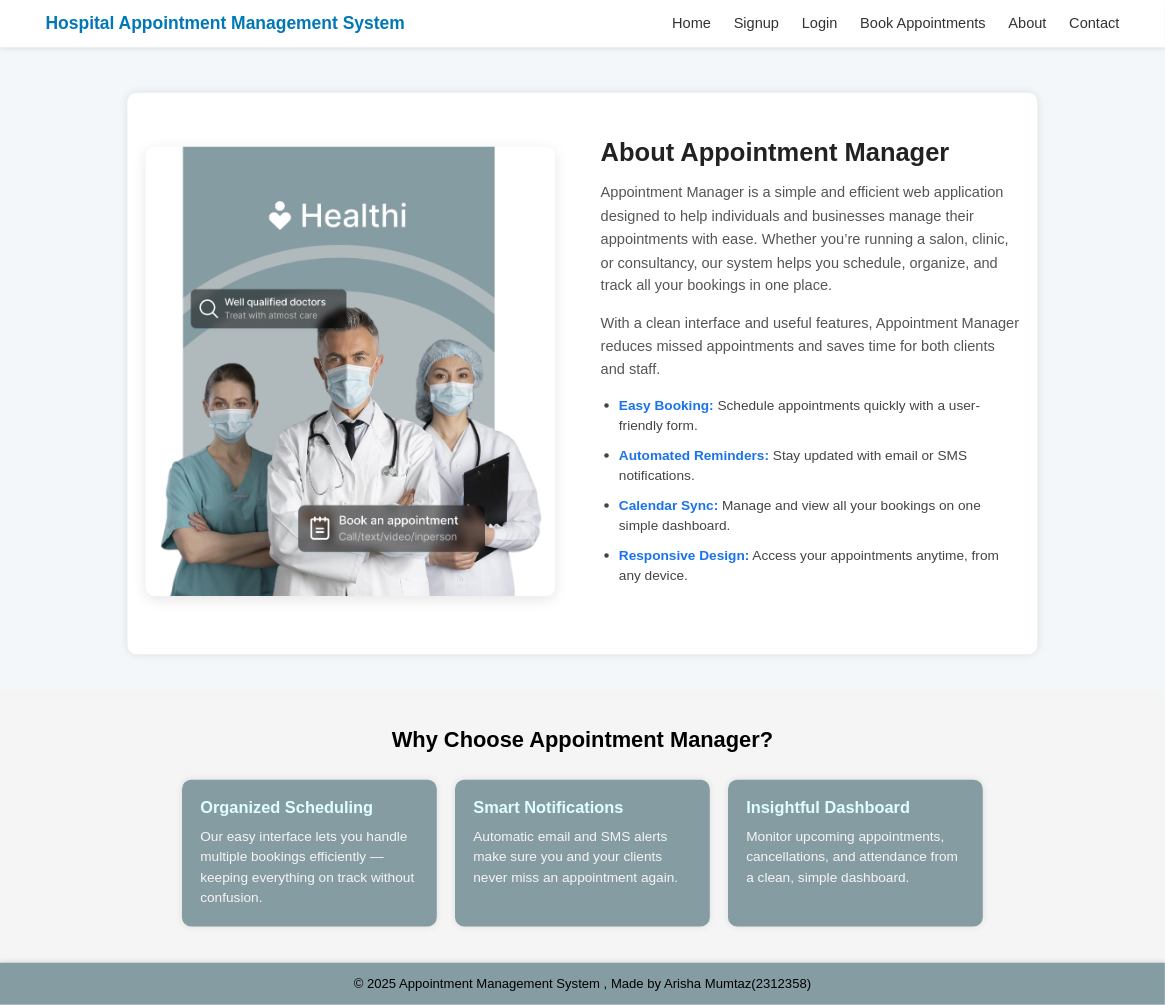
Repository: Arisha004/Hospital-Appointment-Management-System
Page: about.html
These files come from the project's save history. The page is drawn as it stood at one moment and after the next save; the edit follows.
The browser window is 1280 px wide. The pictures show the whole page, at 91% of full size.

Above is the page before, as saved 2025-10-26 18:34:36.

### about.html

<!DOCTYPE html>
<html lang="en">
<head>
    <meta charset="UTF-8">
    <meta name="viewport" content="width=device-width, initial-scale=1.0">
    <title>Document</title>
    <link rel="stylesheet" href="style.css">
    <style>
      body{
        background-color: #f4f7fa;
        font-family: Arial, sans-serif;
        color: #333;
      }
      .navbar{
        margin-bottom: 50px;
      }
      /* --- Cards Section --- */
.about-cards {
  text-align: center;
  padding: 40px 20px;
  background-color: #f5f5f5;
}

.about-cards h3 {
  font-size: 24px;
  margin-bottom: 30px;
  color: black;
}

.card-container {
  display: flex;
  flex-wrap: wrap;
  justify-content: center;
  gap: 20px;
}

.card {
  background-color: #869CA3;
  width: 280px;
  padding: 20px;
  border-radius: 10px;
  box-shadow: 0 0 8px rgba(0,0,0,0.1);
  text-align: left;
}


.card h4 {
  font-size: 18px;
  margin-bottom: 10px;
  color: lightcyan;
}

.card p {
  font-size: 15px;
  color: whitesmoke;
  line-height: 1.5;
}

      </style>
</head>
<body>
      <header class="navbar">
    <div class="logo">Hospital Appointment Management System</div>
    <nav>
      <ul>
        <li><a href="landingpage.html">Home</a></li>
          <li><a href="signup.php">Signup</a></li>
        <li><a href="login.php">Login</a></li>
        <li><a href="index.php">Book Appointments</a></li>
        <li><a href="about.html">About</a></li>
        <li><a href="contact.html">Contact</a></li>
      </ul>
    </nav>
  </header>
<div class="container about-inner">
  <div class="about-image">
    <img src="images/pic1.png" alt="About Appointment Manager">
  </div>

  <div class="about-content">
    <h2>About Appointment Manager</h2>
    <p>
      Appointment Manager is a simple and efficient web application designed to help individuals and businesses
      manage their appointments with ease. Whether you’re running a salon, clinic, or consultancy, our system
      helps you schedule, organize, and track all your bookings in one place.
    </p>
    <p>
      With a clean interface and useful features, Appointment Manager reduces missed appointments and saves time
      for both clients and staff.
    </p>
    <ul class="features">
      <li><strong>Easy Booking:</strong> Schedule appointments quickly with a user-friendly form.</li>
      <li><strong>Automated Reminders:</strong> Stay updated with email or SMS notifications.</li>
      <li><strong>Calendar Sync:</strong> Manage and view all your bookings on one simple dashboard.</li>
      <li><strong>Responsive Design:</strong> Access your appointments anytime, from any device.</li>
    </ul>
  </div>
  </div>

  <section class="about-cards">
  <h3>Why Choose Appointment Manager?</h3>
  <div class="card-container">
    <div class="card">
      <h4>Organized Scheduling</h4>
      <p>Our easy interface lets you handle multiple bookings efficiently — keeping everything on track without confusion.</p>
    </div>
    <div class="card">
      <h4> Smart Notifications</h4>
      <p>Automatic email and SMS alerts make sure you and your clients never miss an appointment again.</p>
    </div>
    <div class="card">
      <h4> Insightful Dashboard</h4>
      <p>Monitor upcoming appointments, cancellations, and attendance from a clean, simple dashboard.</p>
    </div>
  </div>
</section>


<footer>
    <p>© 2025 Appointment Management System , Made by Arisha Mumtaz(2312358)</p>
  </footer>
</body>
</html>

### style.css
/* Reset and fonts */
* {
  margin: 0;
  padding: 0;
  box-sizing: border-box;
  font-family: 'Poppins', sans-serif;
}

body {
  background: #869CA3;
  color: #333;
}
/* About Section */
.about {
  background-color: #f9f9f9;
  padding: 80px 0;
}

.about-inner {
  width: 85%;
  max-width: 1100px;
  margin: 0 auto;
  display: flex;
  align-items: center;
  justify-content: space-between;
  gap: 50px;
  flex-wrap: wrap; /* makes it responsive */
}

.about-image img {
  width: 100%;
  max-width: 450px;
  border-radius: 10px;
  box-shadow: 0 4px 15px rgba(0,0,0,0.1);
}

.about-content {
  flex: 1;
  min-width: 300px;
}

.about-content h2 {
  font-size: 28px;
  color: #1a73e8;
  margin-bottom: 15px;
}

.about-content p {
  font-size: 16px;
  color: #555;
  line-height: 1.6;
  margin-bottom: 20px;
}

.features {
  list-style: none;
  padding: 0;
  margin-bottom: 25px;
}

.features li {
  margin-bottom: 10px;
  color: #444;
  font-size: 15px;
  line-height: 1.5;
}

.features strong {
  color: #1a73e8;
}


/* Contact Section */
.contact {
  background-color: #f5f9ff;
  padding: 80px 0;
}

.contact-inner {
  width: 85%;
  max-width: 600px;
  margin: 0 auto;
  text-align: center;
}

.contact h2 {
  font-size: 28px;
  color: #1a73e8;
  margin-bottom: 10px;
}

.contact p {
  color: #555;
  margin-bottom: 30px;
  font-size: 15px;
  line-height: 1.6;
}

.contact-form {
  background-color: #fff;
  padding: 35px 40px;
  border-radius: 12px;
  box-shadow: 0 4px 15px rgba(0,0,0,0.08);
  text-align: left;
}

.form-group {
  margin-bottom: 18px;
}

label {
  display: block;
  font-weight: 500;
  margin-bottom: 6px;
  color: #333;
}

label span {
  color: red;
}

input, textarea {
  width: 100%;
  padding: 10px 12px;
  border: 1px solid #ccc;
  border-radius: 6px;
  font-size: 14px;
  outline: none;
  transition: border-color 0.3s ease;
}

input:focus, textarea:focus {
  border-color: #1a73e8;
  box-shadow: 0 0 5px rgba(26,115,232,0.3);
}


.contact-form .btn {
  display: inline-block;
  background-color: #869CA3;
  color: #fff;
  padding: 10px 22px;
  border: none;
  border-radius: 6px;
  cursor: pointer;
  font-weight: 500;

  margin-left: 130px;
  transition: 0.3s;
   text-align: center;
}

.contact-form .btn:hover {
  background-color: #7498a3;
  transform: translateY(-2px);
}

/* Navbar */
.navbar {
  display: flex;
  justify-content: space-between;
  align-items: center;
  padding: 15px 50px;
  background: #fff;
  box-shadow: 0 2px 5px rgba(0,0,0,0.1);
  position: sticky;
  top: 0;
  z-index: 10;
}

.navbar .logo {
  font-weight: 700;
  font-size: 1.2rem;
  color: #0077b6;
}

.navbar ul {
  display: flex;
  list-style: none;
}

.navbar ul li a {
  text-decoration: none;
  color: #333;
  margin-left: 25px;
  transition: 0.3s;
}

.navbar ul li a:hover {
  color: #0077b6;
}

/* Split Landing Section */
.landing {
  display: flex;
  height: 100vh;
}


  button{

  display: inline-block;
  background-color: #869CA3;
  color: #fff;
  padding: 10px 22px;
  border: none;
  border-radius: 6px;
  cursor: pointer;
  font-weight: 500;

  transition: 0.3s;
   text-align: center;
}

button:hover {
  background-color: #7498a3;
  transform: translateY(-2px);
}
/* Left Text Section */
.landing .left {
  flex: 1;
  width: 50%;
  display: flex;
  flex-direction: column;
  justify-content: center;
  padding: 0 70px;
  background: #fefefe;
}


.landing .left h1 {
  font-size: 2.2rem;
  color: #023e8a;
  margin-bottom: 20px;
}

.landing .left p {
  font-size: 1rem;
  color: #555;
  margin-bottom: 30px;
  line-height: 1.6;
}

.btn {
  background: #869CA3;
  color: #fff;
  padding: 12px 25px;
  border-radius: 30px;
  text-decoration: none;
  font-weight: 300;
  transition: 0.3s;
  width: 250px;
}

.btn:hover {
  background: #7498a3;
}

/* Right Image Section */
.landing .right {
  flex: 1.5;
  background:url(images/pic1.png);
  background-repeat: no-repeat;
  background-size: cover;
  position: relative;
}

.landing .right::after {
  content: "";
  position: absolute;
  inset: 0;
}



.form1-container {
  width: 520px;
  margin: 80px auto;
  background: white;
  padding: 20px;
  border-radius: 8px;
  box-shadow: 0 0 5px gray;
}

.form1-container h2 {
  text-align: center;
  color: #333;
}

.form1-container label {
  display: block;
  margin-top: 10px;
  color: #555;
}

.form1-container input {
  width: 100%;
  padding: 8px;
  margin-top: 5px;
  border: 1px solid #ccc;
  border-radius: 4px;
}

.form1-container button {
  width: 100%;
  margin-top: 15px;
  padding: 10px;
  background: #869CA3;
  border: none;
  color: white;
  border-radius: 4px;
  cursor: pointer;
}

.form1-container button:hover {
  background: #7498a3;
}

.form1-container p {
  text-align: center;
  margin-top: 10px;
}

.success {
  text-align: center;
  background: #d4edda;
  color: #155724;
  padding: 8px;
  border-radius: 5px;
  margin: 10px auto;
  width: 320px;
}

.error {
  text-align: center;
  background: #f8d7da;
  color: #721c24;
  padding: 8px;
  border-radius: 5px;
  margin: 10px auto;
  width: 320px;
}

/* Footer */
footer {
  text-align: center;
  padding: 15px;
 background-color:#869CA3;
        color: black;
  box-shadow: 0 -2px 5px rgba(0,0,0,0.1);
  font-size: 0.9rem;

}

/* --- About Section --- */
.container.about-inner {
  display: flex;
  flex-wrap: wrap;
  justify-content: center;
  align-items: center;
  padding: 50px 20px;
  background-color: #fff;
  margin: 40px auto;
  max-width: 1000px;
  border-radius: 10px;
  box-shadow: 0 0 10px rgba(0,0,0,0.1);
}


/* --- About Content --- */
.about-content {
  max-width: 600px;
}

.about-content h2 {
  font-size: 28px;
  margin-bottom: 15px;
  color: #222;
}

.about-content p {
  font-size: 16px;
  line-height: 1.6;
  margin-bottom: 15px;
}

.features {
  list-style-type: disc;
  padding-left: 20px;
}

.features li {
  margin-bottom: 10px;
}

After the next save:
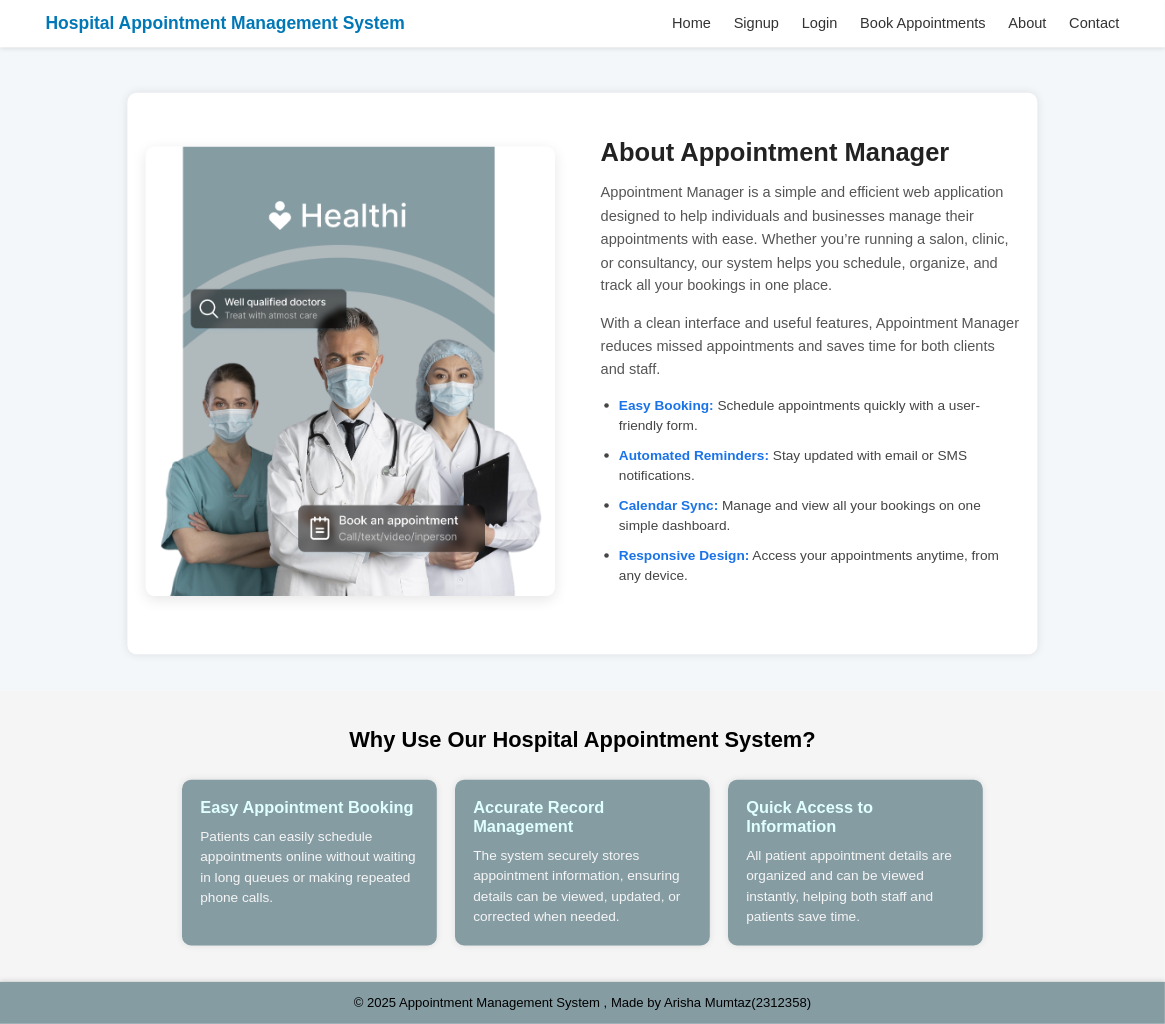
Saved 21 min 14 s later.
--- a/about.html
+++ b/about.html
@@ -98,23 +98,28 @@
   </div>
   </div>
 
-  <section class="about-cards">
-  <h3>Why Choose Appointment Manager?</h3>
+ <section class="about-cards">
+  <h3>Why Use Our Hospital Appointment System?</h3>
   <div class="card-container">
+
     <div class="card">
-      <h4>Organized Scheduling</h4>
-      <p>Our easy interface lets you handle multiple bookings efficiently — keeping everything on track without confusion.</p>
+      <h4>Easy Appointment Booking</h4>
+      <p>Patients can easily schedule appointments online without waiting in long queues or making repeated phone calls.</p>
     </div>
+
     <div class="card">
-      <h4> Smart Notifications</h4>
-      <p>Automatic email and SMS alerts make sure you and your clients never miss an appointment again.</p>
+      <h4>Accurate Record Management</h4>
+      <p>The system securely stores appointment information, ensuring details can be viewed, updated, or corrected when needed.</p>
     </div>
+
     <div class="card">
-      <h4> Insightful Dashboard</h4>
-      <p>Monitor upcoming appointments, cancellations, and attendance from a clean, simple dashboard.</p>
+      <h4>Quick Access to Information</h4>
+      <p>All patient appointment details are organized and can be viewed instantly, helping both staff and patients save time.</p>
     </div>
+
   </div>
 </section>
+
 
 
 <footer>
